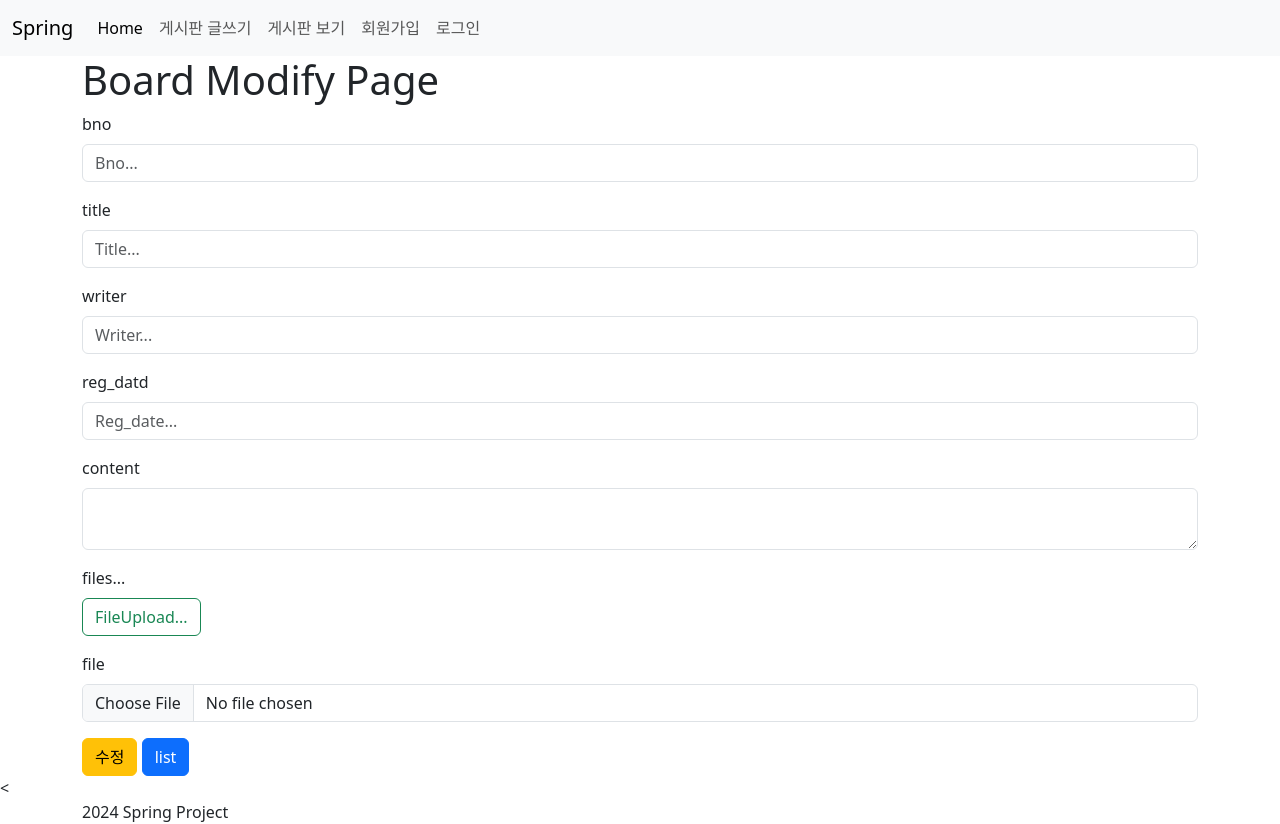
Repository: havanara/240423_SPRING_Project
Page: http://localhost/spring_study/WEB-INF/views/board/modify.jsp
These files come from the project's save history. The page is drawn as it stood at one moment and after the next save; the edit follows.
The browser window is 1280 px wide. The pictures show the whole page.
The page is served by Tomcat 9. Nobody is signed in. The template is opened directly, without the code that normally fills it, so the values that code supplies are empty.

Above is the page before, as saved 2024-04-29 08:58:12.

After the next save:
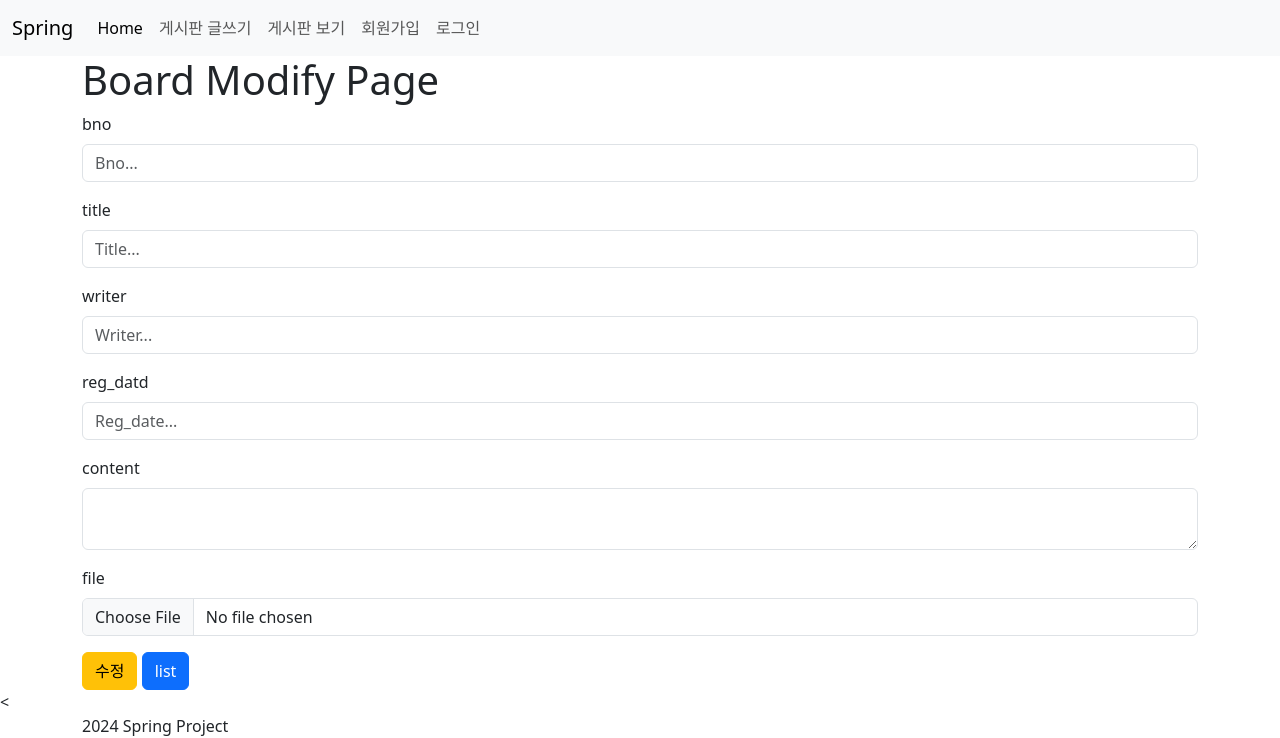
Saved 40 s later.
--- a/spring_study/src/main/webapp/WEB-INF/views/board/modify.jsp
+++ b/spring_study/src/main/webapp/WEB-INF/views/board/modify.jsp
@@ -30,11 +30,6 @@
 	</div>
 
 	<c:set value="${bdto.flist }" var="flist"></c:set>
-		<div class="mb-3">
-		  <label for="file" class="form-label">files...</label>
-		  <input type="file" class="form-control" name="files" id="file" multiple="multiple" style="display: none"><br>
-		  <button type="button" class="btn btn-outline-success" id="trigger">FileUpload...</button>
-		</div>
 
 	<div class="mb-3">
 	<label for="f" class="form-label">file</label>
